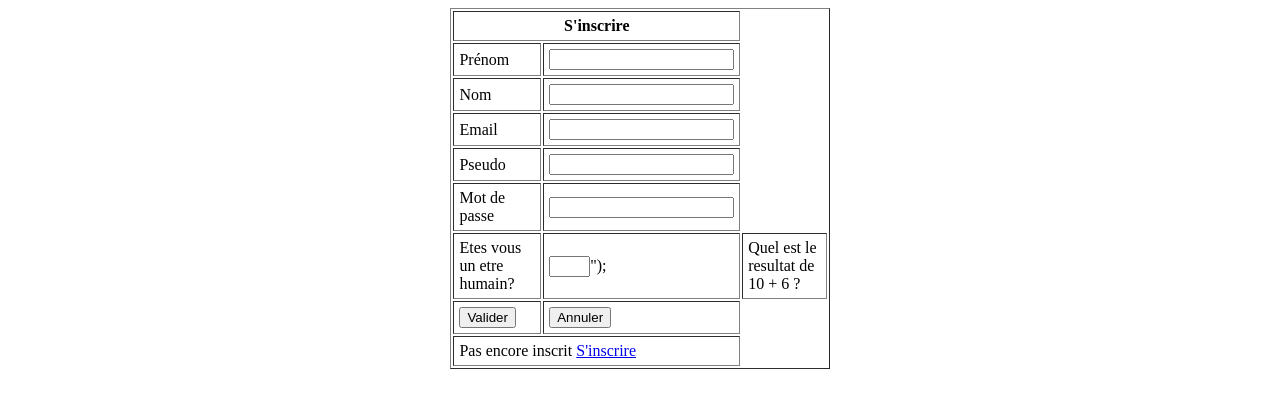
Repository: t2isoft/Login-jee
Page: http://localhost/spring-security-loginform-database/WEB-INF/pages/reg.jsp
An editor plug-in stored every save of this project. The page is shown before and after the next save, followed by the edit.
The browser window is 1280 px wide. The pictures show the whole page.
The page is served by Tomcat 9. Nobody is signed in. Other server files are loaded and not shown. The template is opened directly, without the code that normally fills it, so the values that code supplies are empty.

Above is the page before, as saved 2015-11-24 09:22:07.

### spring-security-loginform-database/src/main/webapp/WEB-INF/pages/reg.jsp
<%@page contentType="text/html" pageEncoding="UTF-8"%>
<!DOCTYPE html>
<html>
    <head>
        <meta http-equiv="Content-Type" content="text/html; charset=UTF-8">
        <title>Inscrition</title>
            <script type="text/javascript">
		    var a = Math.ceil(Math.random() * 10);
		    var b = Math.ceil(Math.random() * 10);
		    var c = a + b
		    function DrawBotBoot()
		    {
		        document.write("Quel est le resultat de "+ a + " + " + b +" ? ");
		        // document.write("<input id='BotBootInput' type='text' maxlength='2' size='2'/>");
		    }
		    function ValidBotBoot(){
		        var d = document.getElementById('BotBootInput').value;
		        if (d == c) return true;
		        return false;

		    }
		    </script>
    </head>
    <body>
        <form method="get" action="registration">
            <center>
            <table border="1" width="30%" cellpadding="5">
                <thead>
                    <tr>
                        <th colspan="2">S'inscrire</th>
                    </tr>
                </thead>
                <tbody>
                    <tr>
                        <td>Prénom</td>
                        <td><input type="text" name="fname" value="" /></td>
                    </tr>
                    <tr>
                        <td>Nom</td>
                        <td><input type="text" name="lname" value="" /></td>
                    </tr>
                    <tr>
                        <td>Email</td>
                        <td><input type="text" name="email" value="" /></td>
                    </tr>
                    <tr>
                        <td>Pseudo</td>
                        <td><input type="text" name="uname" value="" /></td>
                    </tr>
                    <tr>
                        <td>Mot de passe</td>
                        <td><input type="password" name="pass" value="" /></td>
                    </tr>
                    <tr>
                        <td>Etes vous un etre humain?</td>
                        <td><input id='BotBootInput' type='text' maxlength='2' size='2'/>");</td>
                        <td><script type="text/javascript">DrawBotBoot()</script>
                    </tr>
                    <tr>
                        <td><input id="Button1" type="submit" value="Valider" onclick="alert(ValidBotBoot());"/></td>
                        <td><input type="reset" value="Annuler" /></td>
                    </tr>
                    <tr>
                        <td colspan="2">Pas encore inscrit <a href="index">S'inscrire</a></td>
                    </tr>
                </tbody>
            </table>
            </center>
        </form>
    </body>
</html>

After the next save:
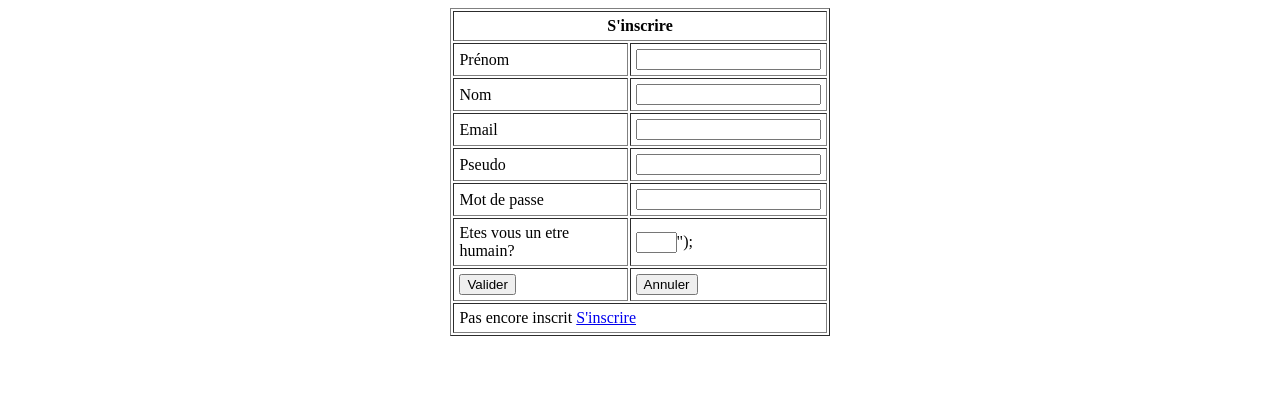
Saved 46 s later.
--- a/spring-security-loginform-database/src/main/webapp/WEB-INF/pages/reg.jsp
+++ b/spring-security-loginform-database/src/main/webapp/WEB-INF/pages/reg.jsp
@@ -53,8 +53,8 @@
                     </tr>
                     <tr>
                         <td>Etes vous un etre humain?</td>
-                        <td><input id='BotBootInput' type='text' maxlength='2' size='2'/>");</td>
-                        <td><script type="text/javascript">DrawBotBoot()</script>
+                        <td><input id='BotBootInput' type='text' maxlength='2' size='2' onChange="DrawBotBoot"/>");</td>
+                        <!--  <td><script type="text/javascript">DrawBotBoot()</script>  -->
                     </tr>
                     <tr>
                         <td><input id="Button1" type="submit" value="Valider" onclick="alert(ValidBotBoot());"/></td>
